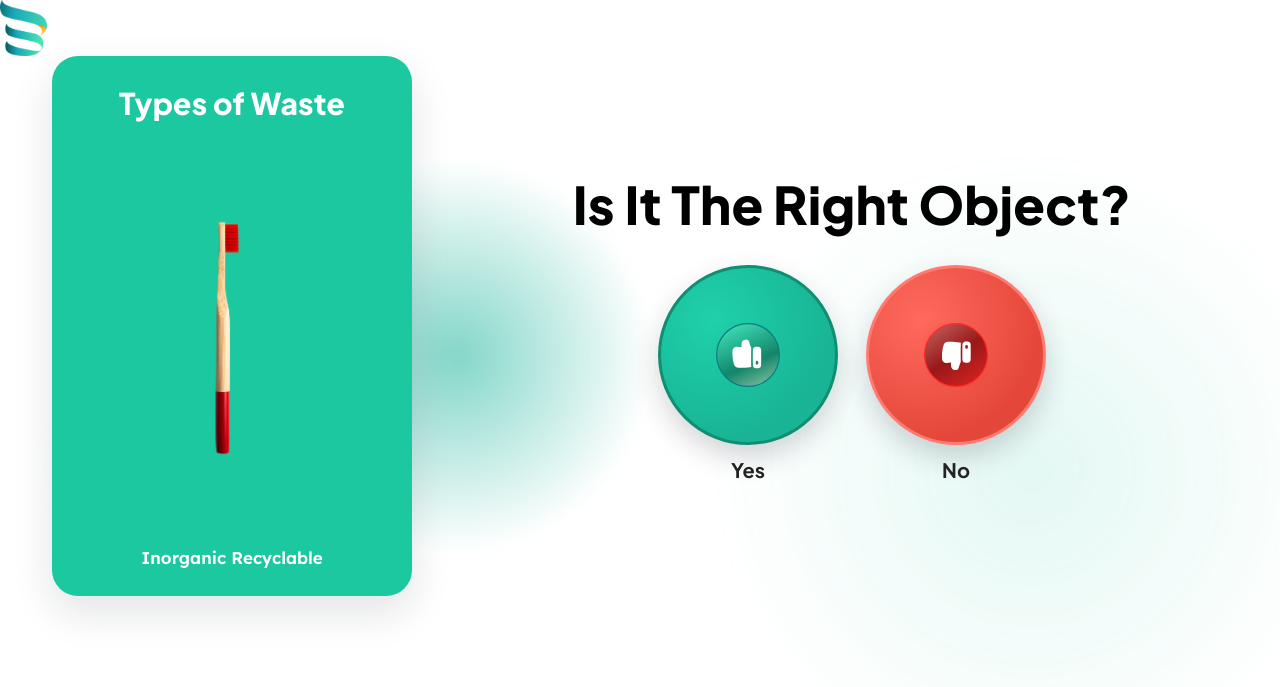
Repository: william-saputra/nusabin
Page: pages/products.html
An editor plug-in stored every save of this project. The page is shown before and after the next save, followed by the edit.
The browser window is 1280 px wide. The pictures show the whole page.

Above is the page before, as saved 2025-08-13 10:56:46.

### pages/products.html
<!DOCTYPE html>
<html lang="en">
  <head>
    <meta charset="UTF-8" />
    <meta name="viewport" content="width=device-width, initial-scale=1.0" />
    <title>Nusabin – Products</title>
    <link href="https://fonts.googleapis.com/css2?family=Lexend:wght@400;600;700;800&family=Plus+Jakarta+Sans:wght@600;700;800&display=swap" rel="stylesheet" />
    <link rel="stylesheet" href="../styles/base.css" />
    <link rel="stylesheet" href="../styles/pages/products.css" />
  </head>
  <body>
    <div class="products-page">
      <header class="topbar">
        <img src="../assets/images/green_logo.png" alt="Nusabin" class="logo" />
        <div class="spacer"></div>
      </header>

      <main class="products-layout container">
        <section class="left-col">
          <article class="waste-card" aria-label="Types of Waste card">
            <h2 class="card-title">Types of Waste</h2>
            <div class="waste-visual">
              <img src="../assets/images/toothbrush.png" alt="Toothbrush" class="waste-image" />
            </div>
            <div class="waste-label">Inorganic Recyclable</div>
          </article>
        </section>

        <section class="right-col">
          <h1 class="page-heading">Is It The Right Object?</h1>
          <div class="actions" role="group" aria-label="Confirmation actions">
            <div class="action">
              <button class="round-btn yes" type="button" aria-label="Yes">
                <img src="../assets/icons/yes.svg" alt="Yes" />
              </button>
              <div class="btn-caption">Yes</div>
            </div>
            <div class="action">
              <button class="round-btn no" type="button" aria-label="No">
                <img src="../assets/icons/no.svg" alt="No" />
              </button>
              <div class="btn-caption">No</div>
            </div>
          </div>
        </section>
      </main>
    </div>
  </body>
  </html>

### styles/base.css
:root {
  --bg: #f6f9f8;
  --card: #ffffff;
  --text: #0b1220;
  --muted: #6b7280;
  --primary: #1cb59b;
  --danger: #e53935;
  --warning: #ffb74d;
  --ring: rgba(28, 181, 155, 0.35);
}

* { box-sizing: border-box; }
html, body { height: 100%; }
body {
  margin: 0;
  font-family: Lexend, Inter, system-ui, -apple-system, Segoe UI, Roboto, Helvetica, Arial, "Apple Color Emoji", "Segoe UI Emoji";
  color: var(--text);
  background: radial-gradient(1200px 700px at 70% 70%, #7ed8c4 0%, #b8efe5 35%, #f6f9f8 65%) no-repeat fixed;
}

/* Generic layout */
.homepage { padding: 24px; }
.topbar { display: flex; align-items: center; gap: 16px; }
.spacer { flex: 1 1 auto; }
.logo { height: 56px; }

.theme-toggle { display: flex; align-items: center; gap: 10px; font-weight: 600; }
.theme-toggle .label { opacity: 0.9; }

/* Toggle */
.switch { position: relative; display: inline-block; width: 54px; height: 30px; }
.switch input { display: none; }
.slider { position: absolute; cursor: pointer; top: 0; left: 0; right: 0; bottom: 0; background: #111; transition: .2s; border-radius: 999px; }
.slider:before { position: absolute; content: ""; height: 22px; width: 22px; left: 4px; bottom: 4px; background: #fff; transition: .2s; border-radius: 50%; }
input:checked + .slider { background: #cdd2d6; }
input:checked + .slider:before { transform: translateX(24px); }

/* Alerts */
.alerts { display: grid; grid-template-columns: 1fr; gap: 12px; margin: 18px 0; }
.alert { display: grid; grid-template-columns: auto 1fr auto; align-items: center; gap: 12px; padding: 8px 16px; border-radius: 50px; box-shadow: 0 8px 24px rgba(0,0,0,.06); font-family: Lexend, Inter, sans-serif; border: 1px solid currentColor; }
.alert .text { font-weight: 600; letter-spacing: .2px; }
.alert .close { appearance: none; border: 0; background: transparent; cursor: pointer; opacity: 0.6; font-size: 16px; color: inherit; }
.alert.pill[data-variant="danger"] { color: #FF2828; background: #FFECEC; }
.alert.pill[data-variant="warning"] { color: #EA800E; background: #FFF2E3; }
.alert-icon { flex: 0 0 auto; width: 40px; height: 40px; }

/* Align alerts: left and right margins consistent */
.left-col .alerts, .right-panel .alerts { margin: 16px 8px; }

/* Page bottom glow circle */
.page-bottom-decor { position: fixed; left: 50%; bottom: -180px; transform: translateX(-50%); width: 1200px; height: 1200px; border-radius: 50%; background: radial-gradient(closest-side, rgba(18,184,134,0.35), rgba(18,184,134,0) 70%); filter: blur(12px); pointer-events: none; z-index: -1; }

/* Main layout */
.layout { display: grid; grid-template-columns: 1.35fr 480px; gap: 24px; align-items: start; }
.left-col { display: block; }
.left-grid { display: grid; grid-template-columns: 1.7fr 1fr; gap: 18px; }

.card { background: var(--card); border-radius: 22px; padding: 28px; box-shadow: 0 6px 20px rgba(0,0,0,.06); position: relative; overflow: hidden; }
.card::before, .card::after { content: ""; position: absolute; pointer-events: none; border-radius: 50%; filter: blur(40px); opacity: 0.9; }
.card::before { width: 260px; height: 180px; top: -70px; right: 30px; background: radial-gradient(closest-side, rgba(255,189,57,0.55), rgba(255,189,57,0) 70%); }
.card::after  { width: 220px; height: 160px; top: -50px; left: 40%; transform: translateX(-50%); background: radial-gradient(closest-side, rgba(255,225,149,0.55), rgba(255,225,149,0) 70%); }
.card-buckets { display: block; background: #E2F6EC; min-height: 460px; }
.card-bucket-single { display: block; background: #E2F6EC; min-height: 460px; }

.bucket-group { display: grid; grid-template-columns: 1fr 1fr; gap: 36px; justify-items: center; }
.bucket-item { display: grid; justify-items: center; gap: 10px; }
.bucket-svg { width: 100%; max-width: 240px; height: auto; display: block; }
.bucket-static { pointer-events: none; }

.bucket-metrics { text-align: center; }
.bucket-metrics .percent { font-weight: 800; font-size: 28px; color: #12B886; }
.bucket-metrics .percent.danger { color: #F44336; }
.bucket-metrics .liter { color: #6C757D; font-size: 16px; }

.chip { display: inline-flex; flex-direction: column; align-items: center; gap: 4px; padding: 14px 22px; border-radius: 16px; background: #fff; border: 1.5px solid #0DC798; font-size: 22px; line-height: 1.1; min-height: 52px; min-width: 240px; }
.chip span { color: #6C757D; font-weight: 500; }
.chip strong { font-weight: 700; }
.chip-positive strong { color: #12B886; }
.chip-negative strong { color: #F44336; }
.chip {
  background-image: radial-gradient(circle at 20% 20%, rgba(13, 207, 173, 0.12) 0 20%, rgba(13, 207, 173, 0) 21%),
                    radial-gradient(circle at 80% 60%, rgba(13, 207, 173, 0.12) 0 20%, rgba(13, 207, 173, 0) 21%);
  background-size: 120px 120px, 140px 140px;
}

.chip-2line { font-size: 15px; }

.right-panel { display: grid; grid-template-rows: 1fr auto; gap: 18px; }
.right-panel { background: linear-gradient(180deg, #72c9bd 0%, #3ba79b 35%, #1b6f67 100%); padding: 20px; border-radius: 16px; }
.machine-wrapper { display: grid; place-items: center; background: linear-gradient(180deg, rgba(255,255,255,0.18), rgba(255,255,255,0)); border-radius: 16px; min-height: 400px; box-shadow: inset 0 0 0 1px rgba(255,255,255,0.15); }
.machine { max-width: 100%; height: auto; object-fit: contain; transform: scale(1.3); transform-origin: center; }

.status-panel { background: transparent; border-radius: 16px; padding: 0; display: grid; gap: 16px; }
.status-row { display: flex; align-items: center; justify-content: space-between; padding: 16px 18px; border-radius: 18px; }
.status-row .label { font-weight: 600; font-size: 24px; }
.status-row.variant-dark { background: #1f3b3f; color: #ffffff; }
.status-row.variant-light { background: #ffffff; color: #111; border: 3px solid #22c3a4; box-shadow: 0 8px 24px rgba(0,0,0,.08); }
.status-pill { border-radius: 999px; padding: 10px 22px; font-weight: 600; font-size: 18px; }
.pill-open { background: #f1c24e; color: #ffffff; border: 4px solid #ffffff; box-shadow: 0 2px 0 rgba(0,0,0,.06) inset; }
.pill-on { background: #ecfffb; color: #12b89a; border: 4px solid #12b89a; }

.clickable-area { cursor: pointer; }

/* Decorative half-circle with glow on the left bottom */
.left-col { position: relative; }
.left-col::after { content: ""; position: absolute; left: 50%; transform: translateX(-10%); bottom: -40px; width: 560px; height: 560px; border-bottom-left-radius: 560px; border-bottom-right-radius: 560px; border-top-left-radius: 560px; border-top-right-radius: 560px; background: radial-gradient(closest-side, rgba(28,181,155,0.55), rgba(28,181,155,0) 70%); filter: blur(6px); z-index: -1; }
.left-col::before { content: ""; position: absolute; left: 40%; transform: translateX(-50%); bottom: 20px; width: 380px; height: 220px; border-radius: 380px 380px 0 0; background: radial-gradient(closest-side, rgba(60,220,178,0.7), rgba(60,220,178,0) 70%); filter: blur(20px); z-index: -1; }

/* Dark mode */
.dark body, body.dark { background: radial-gradient(1200px 700px at 70% 70%, #0e3c3b 0%, #0f6b61 35%, #071b1a 65%); color: #e5f6f1; }
body.dark .card, body.dark .status-panel { background: #0a1414; color: #e6f5f1; }
body.dark .chip { background: #08201c; border-color: #0f3f36; }
body.dark .bucket-metrics .percent { color: #55e3c7; }
body.dark .status-row { background: #051010; }
body.dark .status-pill { background: #0b2a26; }

/* Utilities for specific wrappers that shouldn't navigate */
.no-nav { pointer-events: auto; }

@media (max-width: 1100px) {
  .layout { grid-template-columns: 1fr; }
  .right-panel { order: -1; }
}

### styles/pages/products.css
:root{
	--bg:#ffffff;
	--teal:#1CC8A0;
	--teal-deep:#13a887;
	--teal-ring:#0f8e72;
	--red:#e4473a;
	--red-ring:#ff7a70;
	--text:#000000;
	--muted:#666666;
}

*{box-sizing:border-box}
html,body{height:100%}
body{margin:0;font-family:Lexend,system-ui,Segoe UI,Roboto,Helvetica,Arial,sans-serif;color:var(--text);background:#fff}

/* subtle bottom-right green gradient (very soft) */
.products-page{min-height:100vh;position:relative}
.products-page::after{content:"";position:fixed;right:-200px;bottom:-200px;width:900px;height:900px;border-radius:50%;background:radial-gradient(closest-side, rgba(28,200,160,0.12), rgba(28,200,160,0) 70%);filter:blur(12px);pointer-events:none;z-index:-1}

.container{max-width:1240px;margin:0 auto;padding:0 32px}

/* Layout */
.products-layout{display:grid;grid-template-columns:360px 1fr;gap:64px;align-items:center}
.left-col,.right-col{display:block}

/* Waste card */
.waste-card{background:var(--teal);color:#fff;border-radius:26px;padding:28px;box-shadow:0 16px 40px rgba(16,24,40,0.12);display:flex;flex-direction:column;min-height:540px;align-items:center}
.card-title{margin:0 0 16px;font-weight:800;font-size:30px;letter-spacing:.2px;font-family:"Plus Jakarta Sans", Lexend, system-ui, sans-serif;text-align:center}
.waste-visual{flex:1 1 auto;display:grid;place-items:center;width:100%;}
.waste-image{max-height:70%;max-width:80%;height:auto;width:auto;object-fit:contain;margin:0 auto}
.waste-label{text-align:center;font-size:17px;font-weight:600;margin-top:auto;padding-top:18px;width:100%}

/* Right column */
.page-heading{margin:0 0 28px;font-weight:800;font-size:52px;letter-spacing:.2px;text-align:center;font-family:"Plus Jakarta Sans", Lexend, system-ui, sans-serif}
.actions{display:flex;align-items:center;justify-content:center;gap:28px}
.action{display:grid;justify-items:center;gap:12px}

.round-btn{appearance:none;border:0;cursor:pointer;border-radius:999px;width:180px;height:180px;display:grid;place-items:center;box-shadow:0 12px 28px rgba(16,24,40,0.18);transition:transform .15s ease, box-shadow .15s ease}
.round-btn img{width:64px;height:64px}
.round-btn:focus{outline:3px solid rgba(0,0,0,.15);outline-offset:3px}
.round-btn:hover{transform:scale(1.03);box-shadow:0 16px 36px rgba(16,24,40,0.22)}
.round-btn:active{transform:scale(.98)}

.round-btn.yes{background:radial-gradient(circle at 30% 30%, #1fd1aa, #18b495 70%);border:3px solid var(--teal-ring)}
.round-btn.no{background:radial-gradient(circle at 30% 30%, #ff6a5d, #e4473a 70%);border:3px solid var(--red-ring)}

.btn-caption{font-size:20px;font-weight:700;color:#222;font-family:"Plus Jakarta Sans", Lexend, system-ui, sans-serif}

@media (max-width:1100px){
	.products-layout{grid-template-columns:1fr;gap:32px}
	.page-heading{font-size:44px}
	.actions{gap:22px}
	.round-btn{width:156px;height:156px}
}

After the next save:
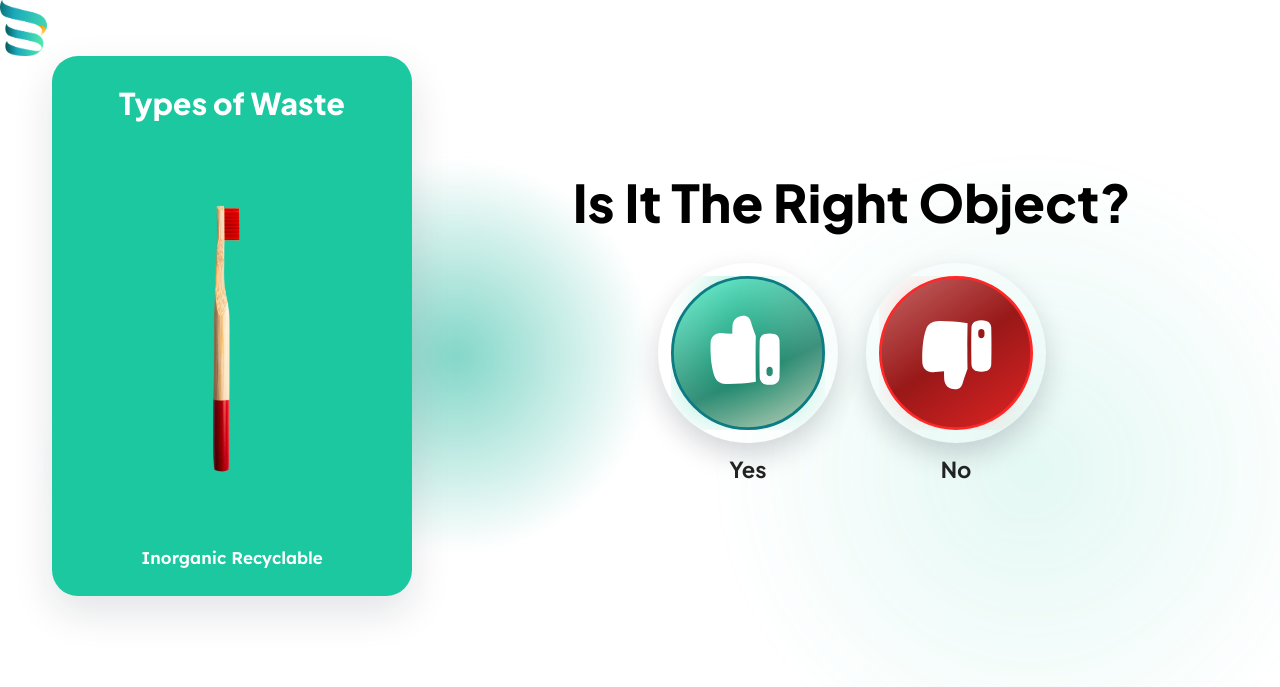
Saved 104 s later.
--- a/styles/pages/products.css
+++ b/styles/pages/products.css
@@ -27,7 +27,7 @@ body{margin:0;font-family:Lexend,system-ui,Segoe UI,Roboto,Helvetica,Arial,sans-
 .waste-card{background:var(--teal);color:#fff;border-radius:26px;padding:28px;box-shadow:0 16px 40px rgba(16,24,40,0.12);display:flex;flex-direction:column;min-height:540px;align-items:center}
 .card-title{margin:0 0 16px;font-weight:800;font-size:30px;letter-spacing:.2px;font-family:"Plus Jakarta Sans", Lexend, system-ui, sans-serif;text-align:center}
 .waste-visual{flex:1 1 auto;display:grid;place-items:center;width:100%;}
-.waste-image{max-height:70%;max-width:80%;height:auto;width:auto;object-fit:contain;margin:0 auto}
+.waste-image{max-height:80%;max-width:88%;height:auto;width:auto;object-fit:contain;margin:0 auto}
 .waste-label{text-align:center;font-size:17px;font-weight:600;margin-top:auto;padding-top:18px;width:100%}
 
 /* Right column */
@@ -35,16 +35,16 @@ body{margin:0;font-family:Lexend,system-ui,Segoe UI,Roboto,Helvetica,Arial,sans-
 .actions{display:flex;align-items:center;justify-content:center;gap:28px}
 .action{display:grid;justify-items:center;gap:12px}
 
-.round-btn{appearance:none;border:0;cursor:pointer;border-radius:999px;width:180px;height:180px;display:grid;place-items:center;box-shadow:0 12px 28px rgba(16,24,40,0.18);transition:transform .15s ease, box-shadow .15s ease}
-.round-btn img{width:64px;height:64px}
+.round-btn{appearance:none;border:0;cursor:pointer;border-radius:999px;width:180px;height:180px;display:grid;place-items:center;box-shadow:0 12px 28px rgba(16,24,40,0.18);transition:transform .15s ease, box-shadow .15s ease;overflow:hidden}
+.round-btn img{width:92%;height:92%;object-fit:contain}
 .round-btn:focus{outline:3px solid rgba(0,0,0,.15);outline-offset:3px}
 .round-btn:hover{transform:scale(1.03);box-shadow:0 16px 36px rgba(16,24,40,0.22)}
 .round-btn:active{transform:scale(.98)}
 
-.round-btn.yes{background:radial-gradient(circle at 30% 30%, #1fd1aa, #18b495 70%);border:3px solid var(--teal-ring)}
-.round-btn.no{background:radial-gradient(circle at 30% 30%, #ff6a5d, #e4473a 70%);border:3px solid var(--red-ring)}
+.round-btn.yes{background:transparent;border:0}
+.round-btn.no{background:transparent;border:0}
 
-.btn-caption{font-size:20px;font-weight:700;color:#222;font-family:"Plus Jakarta Sans", Lexend, system-ui, sans-serif}
+.btn-caption{font-size:22px;font-weight:700;color:#222;font-family:"Plus Jakarta Sans", Lexend, system-ui, sans-serif}
 
 @media (max-width:1100px){
 	.products-layout{grid-template-columns:1fr;gap:32px}
